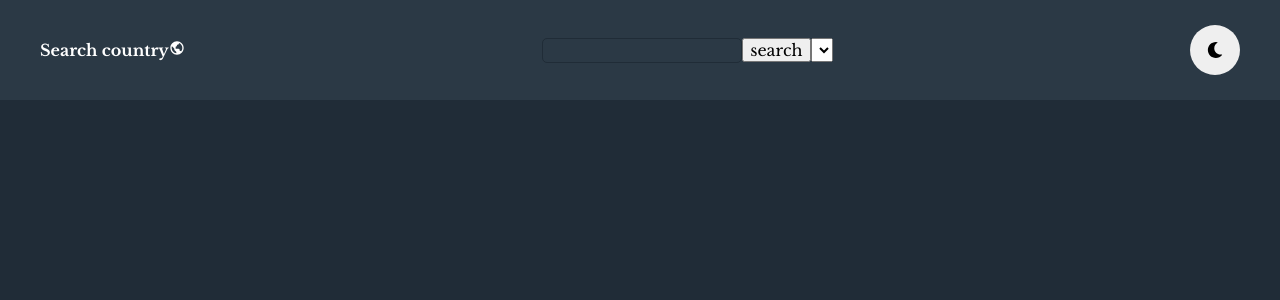
Repository: YuraKrvz/country_search
Page: /
These files come from the project's save history. The page is drawn as it stood at one moment and after the next save; the edit follows.
The browser window is 1280 px wide. The pictures show the whole page.
The page's requests for data from a server got no answer. The project was rebuilt for these pictures with package versions that can differ from the ones it lists, and the page was loaded fresh each time. No one was signed in, and anything a server would have sent is missing. Also part of the build but not shown: src/pages/PageCountry.jsx.

Above is the page before, as saved 2021-12-15 15:18:30.

### src/index.css
@import '~normalize.css';
@import url('https://fonts.googleapis.com/css2?family=Libre+Baskerville:ital,wght@0,400;0,700;1,400&family=Poppins:wght@100;200;300;400;500;600;700&display=swap');

*{
   box-sizing: border-box;
}
:root{
   --font-f: 'Libre Baskerville', serif;
   --font-sm: 14px;
   --font-md: 16px;

   --fw-light: 300;
   --fw-bold: 800;

}

body[data-theme='light']{
  --colors-text: hsl(200, 15%, 8%);
  --colors-bg: hsl(0, 0%, 90%);
  --colors-ui-base: hsl(0, 0%, 80%);

  --shadow: rgba(149, 157, 165, 0.6) 0px 8px 24px;
}
body[data-theme='dark']{
   --colors-text: hsl(0, 0%, 100%);
   --colors-bg: hsl(207, 26%, 17%);
   --colors-ui-base: hsl(209, 23%, 22%);

   --shadow: rgba(245, 245, 245, 0.2) 0 0 8px;
}

body{
   margin: 0;
   font-family: var(--font-f);
   color: var(--colors-text);
   font-weight: var(--fw-light);
   background-color: var(--colors-bg);
}

### src/App.js
import {
  BrowserRouter,
  Routes,
  Route
} from "react-router-dom";
import PageHome from './pages/PageHome';
import PageCountry from './pages/PageCountry';
import Header from './components/Header';

function App() {

  return (
    <BrowserRouter>
      <Header />
      <Routes>
        <Route path='/' element={ <PageHome /> } />
        <Route path='country/:name' element={ <PageCountry/> } />
      </Routes>
    </BrowserRouter>
  );
}

export default App;

### src/pages/PageHome.jsx
import {useState, useEffect} from 'react';
import ListCountries from '../components/ListCountries';
import {ALL_COUNTRIES } from '../config';

function PageHome() {
   const [countries, setCountries] = useState();


   useEffect( ()=>{
     fetch(ALL_COUNTRIES)
     .then(res=> res.json())
     .then(res => setCountries(res))
   }, [] );

   return (
      <div>
         <ListCountries countries={countries} />
      </div>
   )
}

export default PageHome

### src/components/Header.jsx
import {Link} from 'react-router-dom';
import styled from 'styled-components';
import ThemeToggle from './ThemeToggle';
import SearchToggle from './SearchToggle';
import {BiWorld} from 'react-icons/bi';

const WrapperHeader = styled.header`
   display: flex;
   justify-content: space-between;
   align-items: center;
   height: 100px;
   width: 100%;
   padding: 40px;
   background-color: var(--colors-ui-base);

`;
const TitleLink = styled(Link)`
   color: var(--colors-text);
   font-size: var(--font-md);
   font-weight: var(--fw-bold);
   text-decoration: none;
`;

function Header({countries, setCountries}) {
   return (
      <WrapperHeader>
         <TitleLink to={'/'}>
            Search country
            <BiWorld />
         </TitleLink>
         <SearchToggle countries={countries} setCountries={setCountries} />
         <ThemeToggle />
      </WrapperHeader>
   )
}

export default Header;

### src/components/ListCountries.jsx
import {useEffect} from 'react';
import { Link } from 'react-router-dom';
import styled from 'styled-components';

const Section = styled.section`
   width: 1100px;
   margin: 30px auto;
   display: flex;
   flex-wrap: wrap;

   @media (max-width: 1284px){
      width: 1000px;
   }
   @media (max-width: 1015px){
      width: 800px;
   }
   @media (max-width: 840px){
      width: 600px;
   }
`;
const ItemLink = styled(Link)`
   padding: 10px;
   margin: 10px;
   width: 200px;
   height: 300px;
   box-shadow: var(--shadow);
   text-decoration: none;
   color: var(--colors-text);

   & > span {
      display: flex;
   }
`;
const Img = styled.img`
   margin: 0 auto;
   display: block;
   width: 150px;
   height: 100px;
`;
const Title = styled.h3`
   font-size: var(--font-md);
   font-weight: var(--fw-bold);
`;
const Text = styled.p`
   font-size: var(--font-sm);
   font-weight: var(--fw-bold);
   margin-right: 10px;
   text-decoration: underline;
`;
const TextRegular = styled.p`
   font-size: var(--font-sm);
   font-weight: var(--fw-light);
`;

function ListCountries({countries}) {


   return (
      <Section>
         {countries && countries.map( c => (
            <ItemLink key={c.name.common} to={`/country/${c.name.common}`}>
               <Img src={c.flags.png} alt='flag of country' />
               <Title>{c.name.common}</Title>
               <span>
                  <Text>population</Text>
                  <TextRegular>{c.population}</TextRegular>
               </span>
               <span>
                  <Text>Region</Text>
                  <TextRegular>{c.region}</TextRegular>
               </span>
               <span>
                  <Text>Capital</Text>
                  <TextRegular>{c.capital}</TextRegular>
               </span>
            </ItemLink>
         ))}
      </Section>
   )
}

export default ListCountries;

### src/config.js

export const BASE_URL = 'https://restcountries.com/v3.1/'

export const ALL_COUNTRIES = BASE_URL + 'all';
export const ALL_COUNTRIES_SPECIFIC = BASE_URL + 'all?fields=name,capital,flags,population,region';

export const searchCountry = (name)=> BASE_URL + 'name/' + name;

export const searchOfCodeCountry = (code) => 'https://restcountries.com/v3.1/alpha/' + code;

export const listOfCodes = (codes) => BASE_URL + 'alpha?codes=' + codes.join(',');

### src/components/ThemeToggle.jsx
import {useState, useEffect} from 'react';
import styled from 'styled-components';
import {FaMoon, FaRegMoon} from 'react-icons/fa';

const Button = styled.button`
   display: flex;
   justify-content: center;
   align-items: center;
   width: 50px;
   height: 50px;
   border-radius: 50%;
   border: none;
   cursor: pointer;
`;

function ThemeToggle() {
   const [theme, setTheme] = useState('dark');
   const toggleTheme = ()=> setTheme(theme === 'light' ? 'dark' : 'light');

   useEffect(()=>{
      document.body.setAttribute('data-theme', theme)
   },[theme])

   return (
      <Button onClick={toggleTheme}>
         {
            theme === 'light' ? <FaRegMoon /> : <FaMoon />
         }
      </Button>
   )
}

export default ThemeToggle

### src/components/SearchToggle.jsx
import {useState, useEffect} from 'react';
import styled from 'styled-components';

const SearchWrapper = styled.div``;
const Input = styled.input`
   width: 200px;
   height: 25px;
   border: 1px solid var(--colors-bg);
   background-color: var(--colors-ui-base);
   border-radius: 5px;
   color: var(--colors-text);
   font-size: var(--font-md);
`;
const Select = styled.select``;

// function SearchToggle({countries, setCountries}) {
function SearchToggle({filteredCountries, setFilteredCountries}) {
   const [s, setS] = useState('');

   const handler = (name) => {
      console.log(name)
      let arr = [...filteredCountries]

      console.log(arr)
      setFilteredCountries(filteredCountries.filter(item => item.name.common == name) )
   }

   return (
      <SearchWrapper>
         <Input value={s} onChange={(e)=> setS(e.target.value)} type='text' />
         <button onClick={() => handler(s)} >search</button>
         <Select />
      </SearchWrapper>
   )
}

export default SearchToggle

Loaded but not shown: public/index.html (common file); src/index.js (common file)

After the next save:
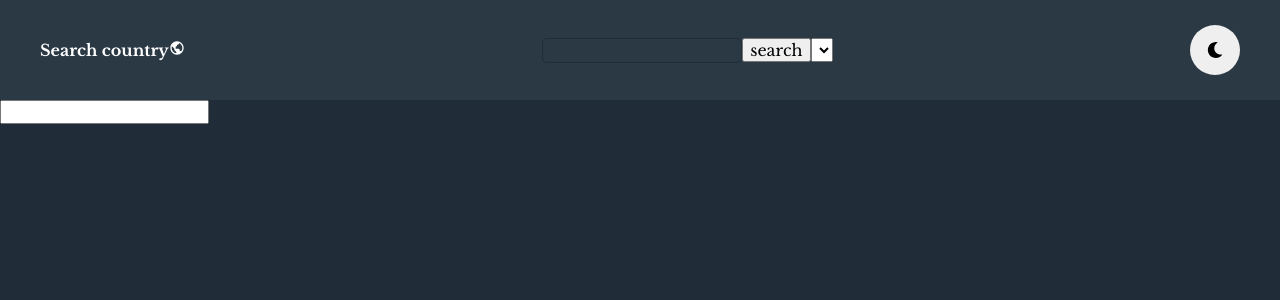
Saved 98 s later.
--- a/src/pages/PageHome.jsx
+++ b/src/pages/PageHome.jsx
@@ -4,6 +4,7 @@ import {ALL_COUNTRIES } from '../config';
 
 function PageHome() {
    const [countries, setCountries] = useState();
+   const [search, setSearch] = useState();
 
 
    useEffect( ()=>{
@@ -14,6 +15,7 @@ function PageHome() {
 
    return (
       <div>
+      <input value={search} onChange={(e)=> setSearch(e.target.value)} type="text" />
          <ListCountries countries={countries} />
       </div>
    )
